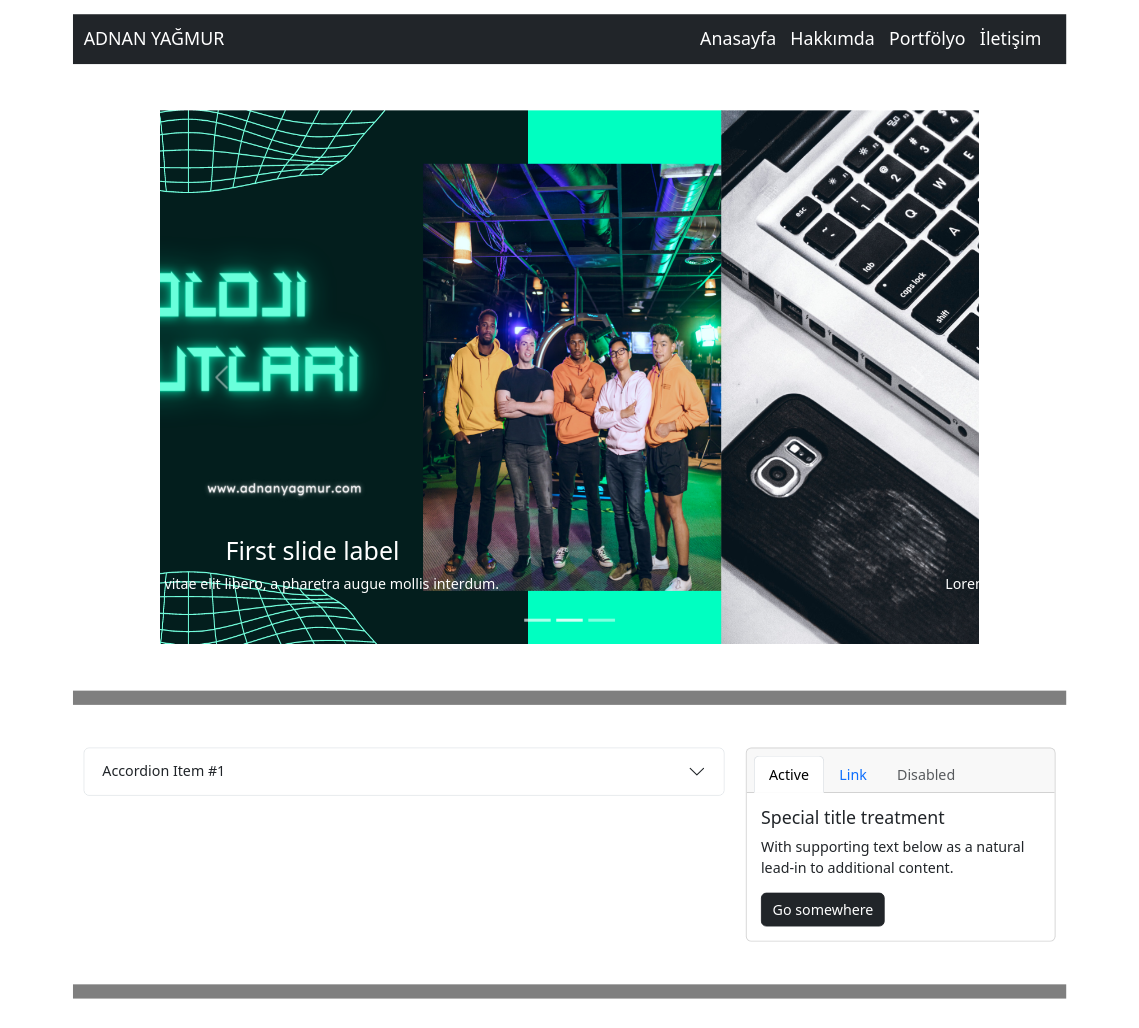
Repository: adnanyagmur/react-bootstrap-example
Page: /
These files come from the project's save history. The page is drawn as it stood at one moment and after the next save; the edit follows.
The browser window is 1280 px wide. The pictures show the part of the page from y = 0 to 1155 px (the page is 2248 px tall before and 2232 px after), at 89% of full size.
Pictures or frames that could not be fetched are drawn as grey boxes. The project was rebuilt for these pictures with package versions that can differ from the ones it lists, and the page was loaded fresh each time.

Above is the page before, as saved 2022-06-29 13:51:17.

After the next save:
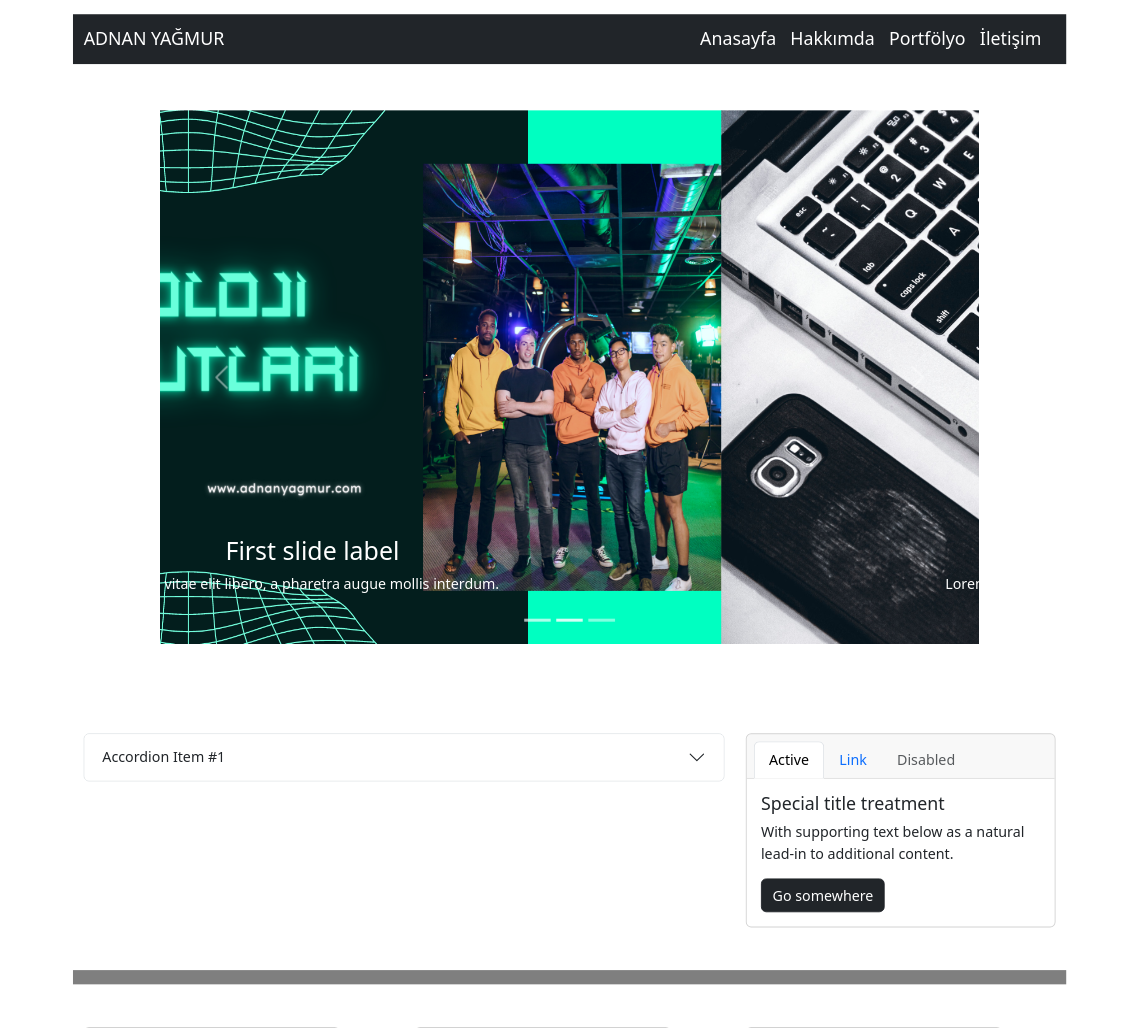
Saved 29 s later.
--- a/src/appComponents/AppContainer.jsx
+++ b/src/appComponents/AppContainer.jsx
@@ -5,7 +5,7 @@ const AppContainer = () => {
     return (
        <Container>
         <Row className="pt-5">
-        <Placeholder  xs={12} bg="black" />
+        <Nav></Nav>
         </Row>
         <Row className="pt-5 pb-5">
         <Col sm={8}>
